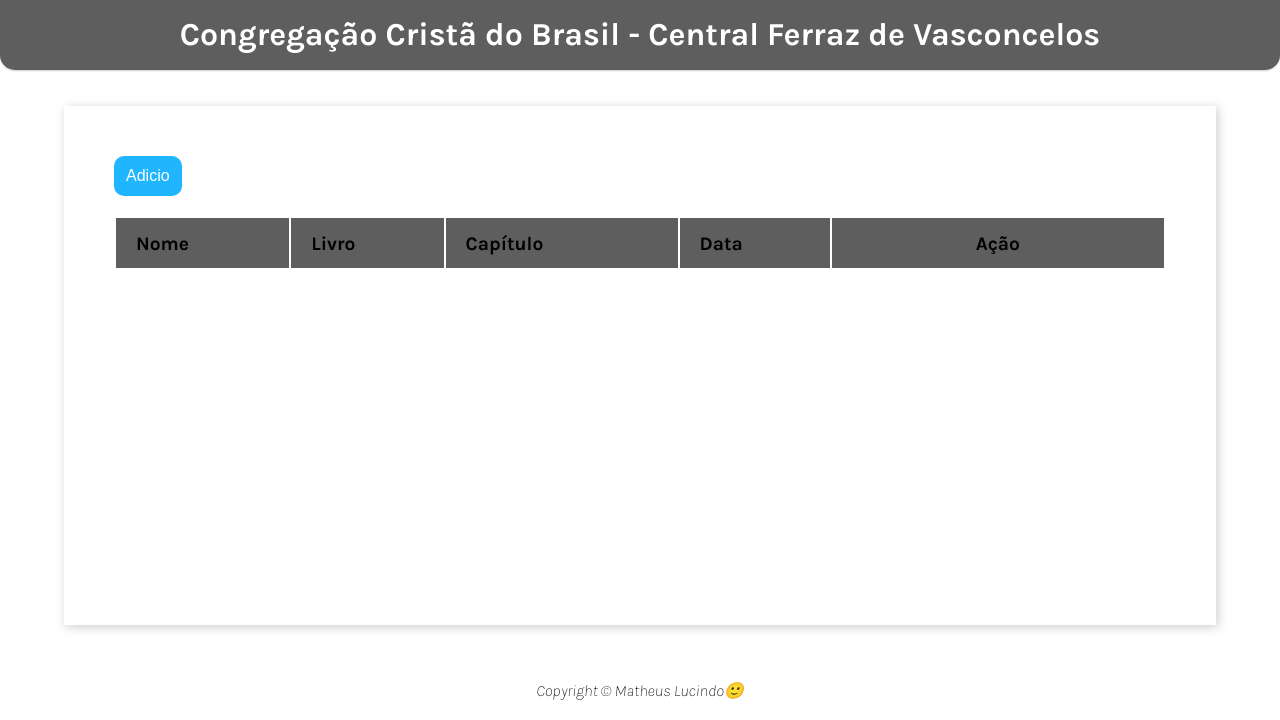
Repository: Matheus904-12/API-da-CCB
Page: beta4/index.html
An editor plug-in stored every save of this project. The page is shown before and after the next save, followed by the edit.
The browser window is 1280 px wide. The pictures show the whole page.

Above is the page before, as saved 2024-01-12 19:55:10.

### beta4/index.html
<!DOCTYPE html>
<html lang="pt-BR">

<head>
    <meta charset="UTF-8">
    <meta http-equiv="X-UA-Compatible" content="IE=edge">
    <meta name="viewport" content="width=device-width, initial-scale=1.0">
    <link rel="preconnect" href="https://fonts.gstatic.com">
    <link href="https://fonts.googleapis.com/css2?family=Karla:ital,wght@0,400;0,700;1,200;1,800&display=swap"
        rel="stylesheet">
    <link rel="stylesheet" href="css/principal.css">
    <link rel="stylesheet" href="css/botao.css">
    <link rel="stylesheet" href="css/registros.css">
    <link rel="stylesheet" href="css/modal.css">
    <script src="script.js" defer></script>
    <title>CRUD</title>
</head>

<body>
    <header>
        <h1 class="header-title">Congregação Cristã do Brasil - Central Ferraz de Vasconcelos</h1>
    </header>
    <main>
        <button type="button" class="button blue mobile" id="cadastrarCliente">Adicio</button>
        <table id="tableClient" class="records">
            <thead>
                <tr>
                    <th>Nome</th>
                    <th>Livro</th>
                    <th>Capítulo</th>
                    <th>Data</th>
                    <th>Ação</th>
                </tr>
            </thead>
            <tbody>

            </tbody>
        </table>
        <div class="modal" id="modal">
            <div class="modal-content">
                <header class="modal-header">
                    <h2>Recitativo</h2>
                    <span class="modal-close" id="modalClose">&#10006;</span>
                </header>
                <form id="form" class="modal-form">
                    <label for="gender">Auxiliar</label>
                    <select id="gender" class="modal-field">
                    <option value="">Nenhum</option>
                    <option value="">Aline Gomes Santos</option>
                    <option value="">Alfredo Bruske Schuster</option>
                    <option value="">Alef Vinicius</option>
                    <option value="">José Victor Zeller Gonçalves</option>
                    <option value="">Jonas Amorim Lopes da Silva</option>
                    <option value="">Loraine de Assis Souza</option>
                    <option value="">Natália de Sena Marques</option>
                    </select>
                    <input type="text" id="nome" data-index="new" class="modal-field" placeholder="Nome"
                        required>
                    <input type="email" id="email" class="modal-field" placeholder="Livro" required>
                    <input type="text" id="celular" class="modal-field" placeholder="Capítulo" required>
                    <input type="text" id="cidade" class="modal-field" placeholder="Versículo" required>
                </form>
                <footer class="modal-footer">
                    <button id="salvar" class="button green">Salvar</button>
                    <button id="cancelar" class="button blue">Cancelar</button>
                </footer>
            </div>
        </div>
    </main>
    <footer>
        Copyright &copy; Matheus Lucindo🙂
    </footer>
</body>

</html>

### beta4/css/principal.css
*{
    padding: 0;
    margin: 0;
    box-sizing: border-box;
}

:root{
    --primary-color: #5e5e5e;
    --secundary-color: #FFF1CC;
    --shadow-color: #CCC;
    --text-color: #FFF;
}

body{
    min-height: 100vh;
    display: flex;
    flex-direction: column;
    font-family: 'karla', sans-serif;
    position:relative;
}

header{
    background-color: var(--primary-color);
    height: 70px;
    text-align: center;
    line-height: 70px;
    box-shadow: 0 1px 2px var(--shadow-color);
    border-radius: 0px 0px 15px 15px;
}

.header-title{
    color: white;
    font-size: 2rem;
}

main{
    flex-grow: 1;
    display: flex;
    flex-direction: column;
    align-items: flex-start;
    width: 90%;
    margin: 5vh auto;
    padding: 50px;
    box-shadow: 2px 2px 10px var(--shadow-color);
    gap: 20px;
}

footer{
    width:100;
    text-align: center;
    font-weight: 200;
    font-style: italic;
    padding: 20px;
}

@media (max-width:480px){
    header{
        position:fixed;
        width:100%;
    }
    .header-title{
        font-size: 1.5rem;
    }

    main{
        padding: 0;
        margin: 20px 0 0 0;
        width:100%;
        box-shadow: none;
    }
}

### beta4/css/botao.css
.button{
    border-style: none;
    height: 40px;
    padding: 6px 12px;
    background-color: black;
    color: white;
    font-size: 1rem;
    cursor: pointer;
    transition: box-shadow .6s ease;
    border-radius: 10px;
}

.button.blue{
    background-color: #1FB6FF;
}

button.green{
    background-color: #13CE66;
}

button.red{
    background-color: #FF4949;
}

.button:hover{
    box-shadow: inset 200px 0 0 #00000055;
}

@media(max-width:480px){
    .button.mobile{
        color:transparent;
        font-size:0;
        width:50px;
        height:50px;
        border-radius: 50%;
        position:fixed;
        top: 90vh;
        left: 80vw;
    }
    .button.mobile::before{
        content: "+";
        color:black;
        font-size:2rem;
        width:100%;
        height:100%;
    }
}

### beta4/css/registros.css
.records{
    width: 100%;
    user-select: none;
    text-align: left;
}

.records th{
    height: 50px;
    background-color: var(--primary-color);
    padding-left: 20px;
    font-size: 1.2rem;
}
.records td{
    height: 50px;
    padding-left: 20px;
}

.records th:last-child,
.records td:last-child{
    padding: 0;
    min-width: 140px;
    text-align: center;
}

.records tr:hover{
    background-color: var(--secundary-color);
}

@media(max-width:480px){
    .records{
        border-spacing: 5px;
    }
    .records thead{
        display:none;
    }
    .records tr{
        box-shadow: 0 1px 3px var(--shadow-color);
    }
    .records td:not(:first-child){
        display:flex;
        justify-content: space-between;
        padding: 0 20px;
    }

    .records td{
        margin:10px 0;
    }

    .records tr:hover{
        background-color: inherit;
    }
}

### beta4/css/modal.css
.modal{
    position: fixed;
    top:0;
    left:0;
    width: 100%;
    height: 100%;
    background: #00000090;
    opacity: 0;
    z-index: -1;
}

.modal.active{
    opacity: 1;
    z-index: 1;
}

.modal-content{
    display: flex;
    flex-direction: column;
    gap:20px;
    width: 50vw;
    margin: 15vh auto;
    padding-bottom: 20px;
    background-color: white;
    box-shadow: 1px 1px 10px black;
    border-radius: 15px;
}

.modal-header{
    display: flex;
    position: relative;
    justify-content: center;
    height: 40px;
    line-height: 40px;
    font-size: 1rem;
    border-radius: 10px;
}

.modal-header, #h2 {
    color: white
}

.modal-close{
    position: absolute;
    right: 0;
    display: block;
    width: 40px;
    height: 40px;
    text-align: center;
    user-select: none;
    cursor: pointer;
    border-radius: 10px;
}

.modal-close:hover{
    background-color: #FF4949;
    color: white;
}

.modal-form{
    display: flex;
    justify-content: space-between;
    flex-wrap: wrap;
    gap: 20px;
    padding: 0 20px;
}

.modal-field{
    width: calc(50% - 10px);
    height: 40px;
    outline-style: none;
    border-style: none;
    box-shadow: 0 0 2px black;
    padding: 0 10px;
    font-size:1rem;
    border-radius: 10px;
}

.modal-field:focus{
    border: 2px solid var(--primary-color);
    box-shadow: 0 0 3px var(--primary-color);
}


.modal-footer{
    background-color: inherit;
    text-align: right;
    padding: 0 20px;
}

@media (max-width:480px){
    .modal{
        top:100%;
        transition: all 1s ease;
    }
    .modal.active{
        top:0;
    }
    .modal-content{
        margin:0;
        width:100%;
        position:fixed;
    }
    .modal-field{
        width:100%;
    }
}

### beta4/script.js
'use strict'

const openModal = () => document.getElementById('modal')
    .classList.add('active')

const closeModal = () => {
    clearFields()
    document.getElementById('modal').classList.remove('active')
}


const getLocalStorage = () => JSON.parse(localStorage.getItem('db_client')) ?? []
const setLocalStorage = (dbClient) => localStorage.setItem("db_client", JSON.stringify(dbClient))

// CRUD - create read update delete
const deleteClient = (index) => {
    const dbClient = readClient()
    dbClient.splice(index, 1)
    setLocalStorage(dbClient)
}

const updateClient = (index, client) => {
    const dbClient = readClient()
    dbClient[index] = client
    setLocalStorage(dbClient)
}

const readClient = () => getLocalStorage()

const createClient = (client) => {
    const dbClient = getLocalStorage()
    dbClient.push (client)
    setLocalStorage(dbClient)
}

const isValidFields = () => {
    return document.getElementById('form').reportValidity()
}

//Interação com o layout

const clearFields = () => {
    const fields = document.querySelectorAll('.modal-field')
    fields.forEach(field => field.value = "")
    document.getElementById('nome').dataset.index = 'new'
    document.querySelector(".modal-header>h2").textContent  = 'Novo Cliente'
}

const saveClient = () => {
    if (isValidFields()) {
        const client = {
            nome: document.getElementById('nome').value,
            email: document.getElementById('email').value,
            celular: document.getElementById('celular').value,
            cidade: document.getElementById('cidade').value
        }
        const index = document.getElementById('nome').dataset.index
        if (index == 'new') {
            createClient(client)
            updateTable()
            closeModal()
        } else {
            updateClient(index, client)
            updateTable()
            closeModal()
        }
    }
}

const createRow = (client, index) => {
    const newRow = document.createElement('tr')
    newRow.innerHTML = `
        <td>${client.nome}</td>
        <td>${client.email}</td>
        <td>${client.celular}</td>
        <td>${client.cidade}</td>
        <td>
            <button type="button" class="button green" id="edit-${index}">Editar</button>
            <button type="button" class="button red" id="delete-${index}" >Excluir</button>
        </td>
    `
    document.querySelector('#tableClient>tbody').appendChild(newRow)
}

const clearTable = () => {
    const rows = document.querySelectorAll('#tableClient>tbody tr')
    rows.forEach(row => row.parentNode.removeChild(row))
}

const updateTable = () => {
    const dbClient = readClient()
    clearTable()
    dbClient.forEach(createRow)
}

const fillFields = (client) => {
    document.getElementById('nome').value = client.nome
    document.getElementById('email').value = client.email
    document.getElementById('celular').value = client.celular
    document.getElementById('cidade').value = client.cidade
    document.getElementById('nome').dataset.index = client.index
}

const editClient = (index) => {
    const client = readClient()[index]
    client.index = index
    fillFields(client)
    document.querySelector(".modal-header>h2").textContent  = `Editando ${client.nome}`
    openModal()
}

const editDelete = (event) => {
    if (event.target.type == 'button') {

        const [action, index] = event.target.id.split('-')

        if (action == 'edit') {
            editClient(index)
        } else {
            const client = readClient()[index]
            const response = confirm(`Deseja realmente excluir o cliente ${client.nome}`)
            if (response) {
                deleteClient(index)
                updateTable()
            }
        }
    }
}

updateTable()

// Eventos
document.getElementById('cadastrarCliente')
    .addEventListener('click', openModal)

document.getElementById('modalClose')
    .addEventListener('click', closeModal)

document.getElementById('salvar')
    .addEventListener('click', saveClient)

document.querySelector('#tableClient>tbody')
    .addEventListener('click', editDelete)

document.getElementById('cancelar')
    .addEventListener('click', closeModal)

After the next save:
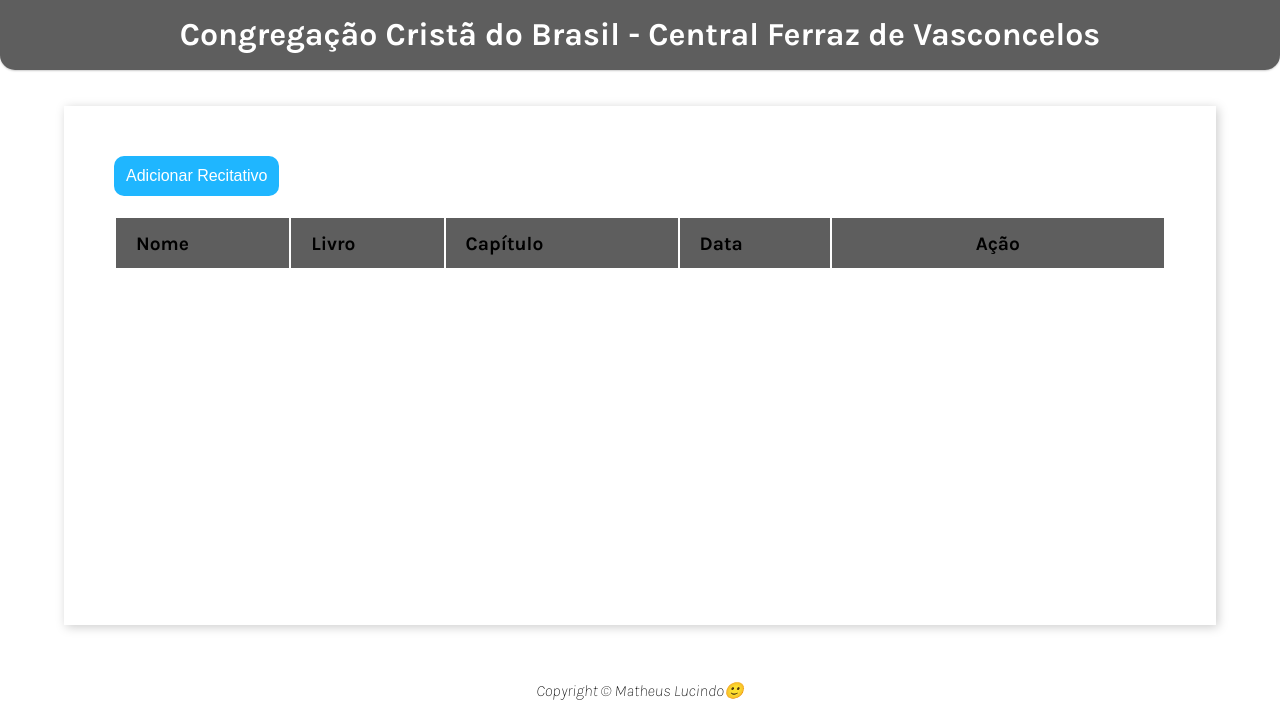
Saved 5 s later.
--- a/beta4/index.html
+++ b/beta4/index.html
@@ -21,7 +21,7 @@
         <h1 class="header-title">Congregação Cristã do Brasil - Central Ferraz de Vasconcelos</h1>
     </header>
     <main>
-        <button type="button" class="button blue mobile" id="cadastrarCliente">Adicio</button>
+        <button type="button" class="button blue mobile" id="cadastrarCliente">Adicionar Recitativo</button>
         <table id="tableClient" class="records">
             <thead>
                 <tr>
